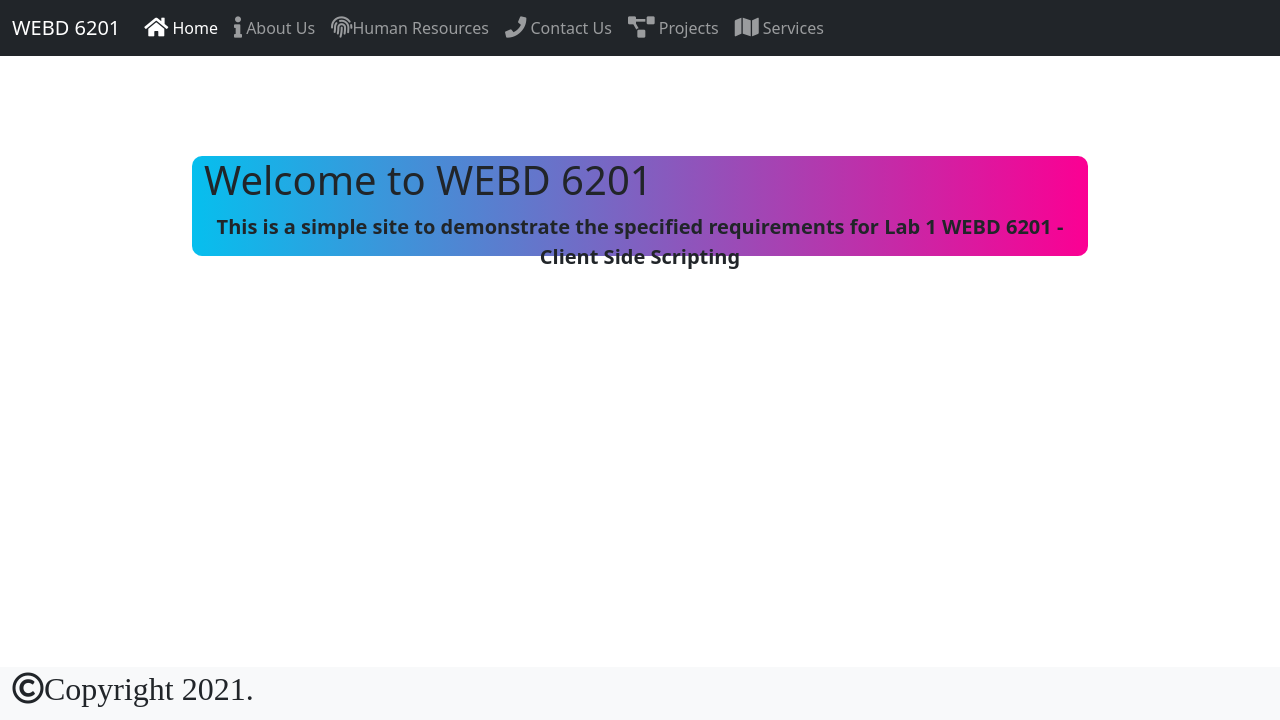
Repository: vans12345678/WEBD6201-W2021-Week3
Page: index.html
These files come from the project's save history. The page is drawn as it stood at one moment and after the next save; the edit follows.
The browser window is 1280 px wide. The pictures show the whole page.

Above is the page before, as saved 2021-01-28 19:53:14.
Console error: ReferenceError: mainContent is not defined

### index.html
<!DOCTYPE html>
<html lang="en">
<head>
    <meta charset="UTF-8">
    <meta name="viewport" content="width=device-width, initial-scale=1.0">
    <title>Index</title>

    <!-- CSS Section -->
    <link rel="stylesheet" href="./node_modules/bootstrap/dist/css/bootstrap.min.css">
    <link rel="stylesheet" href="./node_modules/@fortawesome/fontawesome-free/css/all.min.css">
    <link rel="stylesheet" href="./Content/app.css">
</head>
<body class ="Index">

  <!-- Main Header -->
    <header>
      <!-- Main Navigation -->
        <nav class="navbar navbar-expand-lg navbar-dark bg-dark">
            <div class="container-fluid">
              <a class="navbar-brand" href="index.html">WEBD 6201</a>
              <button class="navbar-toggler" type="button" data-bs-toggle="collapse" data-bs-target="#navbarSupportedContent" aria-controls="navbarSupportedContent" aria-expanded="false" aria-label="Toggle navigation">
                <span class="navbar-toggler-icon"></span>
              </button>
              <div class="collapse navbar-collapse" id="navbarSupportedContent">
                <ul class="navbar-nav me-auto mb-2 mb-lg-0">
                  <li class="nav-item">
                    <a class="nav-link active" aria-current="page" href="index.html"><i class="fas fa-home fa-lg"></i> Home</a>
                  </li>
                  <li class="nav-item">
                    <a class="nav-link" aria-current="page" href="about.html"><i class="fas fa-info fa-lg"></i> About Us</a>
                  </li>
                  <li class="nav-item">
                    <a class="nav-link" aria-current="page" href="human-resources.html"><i class="fas fa-fingerprint fa-lg"></i>Human Resources</a>
                  </li>
                  <li class="nav-item">
                    <a class="nav-link" aria-current="page" href="contact.html"><i class="fas fa-phone fa-lg"></i> Contact Us</a>
                  </li>
                  <li class="nav-item">
                    <a class="nav-link" aria-current="page" href="projects.html"><i class="fas fa-project-diagram fa-lg"></i> Projects</a>
                  </li>

                  <li class="nav-item">
                    <a class="nav-link" aria-current="page" href="services.html"><i class="fas fa-map fa-lg"></i> Services</a>
                  </li>
                </ul>
              </div>
            </div>
          </nav>
    </header>
  <!-- Main Contents -->
    <main class="container">
        <h1>Welcome to WEBD 6201</h1>
        <p id="introParagraph" class=""></p>
    </main>
    <!-- Main Footer -->
    <footer>
        <nav class="navbar fixed-bottom navbar-light bg-light">
            <div class="container-fluid">
                <h4><i class="far fa-copyright fa-lg">Copyright 2021.</i></h4>
            </div>
          </nav>
    </footer>
    <!-- Script Section -->
    <script src="./node_modules/jquery/dist/jquery.min.js"></script>
    <script src="./node_modules/bootstrap/dist/js/bootstrap.bundle.min.js"></script>
    <script src="./Scripts/app.js"></script>
</body>
</html>

### Content/app.css
/* custom css goes here */
body.Vapor {
    background-image: url('../images/vapor.jpg');
    background-repeat: no-repeat;
    background-attachment: fixed;
    background-size: 100% 100%;
  }
  .container{

    border-radius: 10px;
    width: 70%;
    height: 100px;
    margin: 100px auto;
    background: linear-gradient(90deg,#06bfee,#fb0093)
  }

### Scripts/app.js
/* Custom JavaScript goes here */

//IIFE - Immediately Invoked Function Expression
//AKA - Anonymous Self-Executing Function
//Closure - limits scope leak

"use strict";


(function(){

    function displayHome()
    {

        let introText = "This is a simple site to demonstrate the specified requirements for Lab 1 WEBD 6201 - Client Side Scripting";
        let introTextElement = document.getElementById("introParagraph");

        introTextElement.textContent = introText;
        introTextElement.className = "fs-5 fw-bold text-center";

        mainContent.innerHTML =
        `<h1 id = "firstHeading">Welcome to WEBD6201 - Lab 1</h1>
        <p id = "paragraphOne" class = "fs-3 fw-bold">This is my first paragraph</p>
        `;

    }
    function displayAbout()
    {

    }
    function displayProjects()
    {

    }
    function displayServices()
    {

    }
    function displayContact()
    {

        let messageArea = document.getElementById("messageArea");
        messageArea.hidden = true;

        //form validation
        let fullName = document.getElementById("fullName");
        fullName.addEventListener("blur", function()
        {
            if(fullName.value.length < 2)
            {
                fullName.focus();
                fullName.select();
                messageArea.hidden = false;
                messageArea.className = "alert alert-danger";
                messageArea.textContent = "Please enter an appropriate name > 2 characters";
            }
            else
            {
                messageArea.removeAttribute("class");
                messageArea.hidden = true;
            }
        });
            let sendButton = document.getElementById("sendButton");
            sendButton.addEventListener("click", function(event)
            {
                //event.preventDefault();
                // //Displays twice?

                let contact = new Contact(fullName.value,contactNumber.value, emailAddress.value);

                //console.log(contact.serialize());
                if(contact.serialize())
                {
                    localStorage.setItem((localStorage.length + 1).toString(),contact.serialize());
                }
            });
    }
    function displayContactList()
    {
        if(localStorage.length > 0)
        {
            let contactList = document.getElementById("contactList");
            let data = "";

            for (let index = 0; index < localStorage.length; index++)
            {
                let contactData = localStorage.getItem((index + 1).toString());
                let contact = new Contact();

                contact.deserialize(contactData);

                data += `<tr>
                <th scope="row">${index + 1}</th>
                <td>${contact.FullName}</td>
                <td>${contact.ContactNumber}</td>
                <td>${contact.EmailAddress}</td>
              </tr>`;
            }
            contactList.innerHTML = data;
        }

    }

    function Start()
    {
        console.log("App Started...");

        switch(document.title)
        {
            case "Index":
                displayHome();
                break;
            case "About":
                displayAbout();
                break;
            case "Projects":
                displayProjects();
                break;
            case "Services":
                displayServices();
                break;
            case "Contact Us":
                displayContact();
                break;
            case "Contact-List":
                displayContactList();
                break;
        }


    }

    window.addEventListener("load", Start);

})();

Loaded but not shown: node_modules/bootstrap/dist/css/bootstrap.min.css (library); node_modules/@fortawesome/fontawesome-free/css/all.min.css (library); node_modules/jquery/dist/jquery.min.js (library); node_modules/bootstrap/dist/js/bootstrap.bundle.min.js (library)

After the next save:
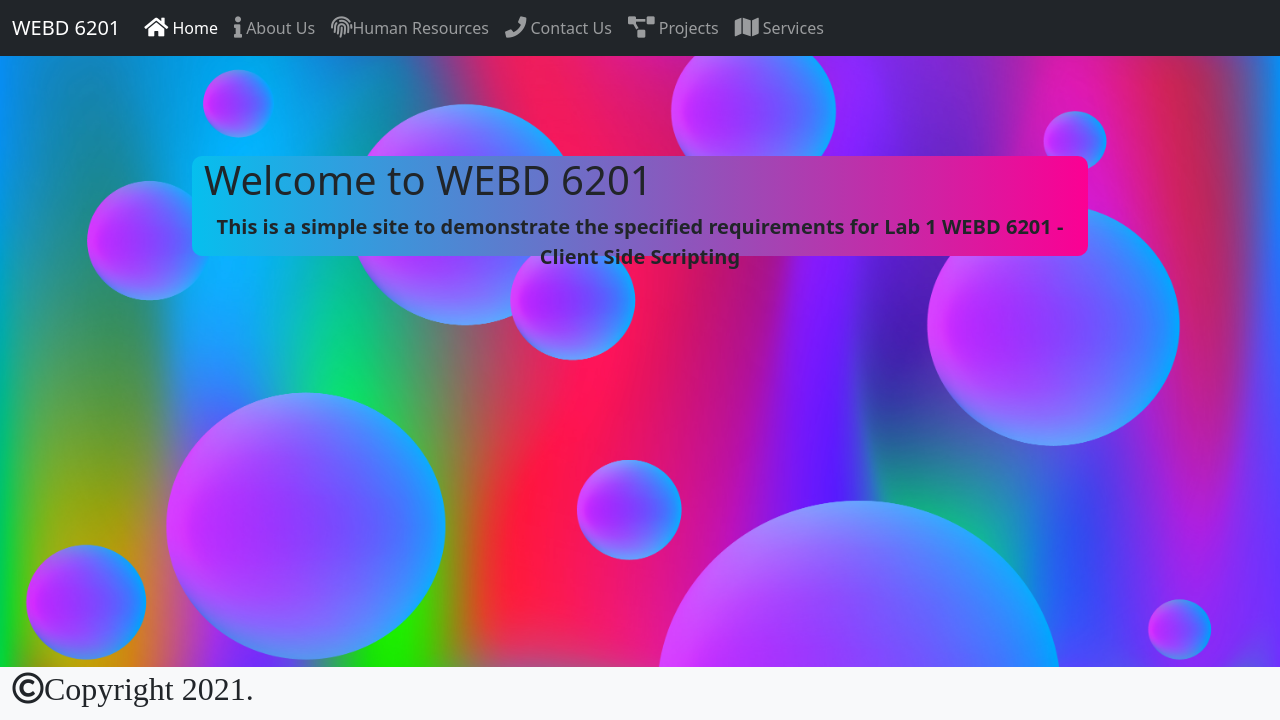
Saved 9 s later.
--- a/index.html
+++ b/index.html
@@ -10,7 +10,7 @@
     <link rel="stylesheet" href="./node_modules/@fortawesome/fontawesome-free/css/all.min.css">
     <link rel="stylesheet" href="./Content/app.css">
 </head>
-<body class ="Index">
+<body class ="Vapor">
 
   <!-- Main Header -->
     <header>
